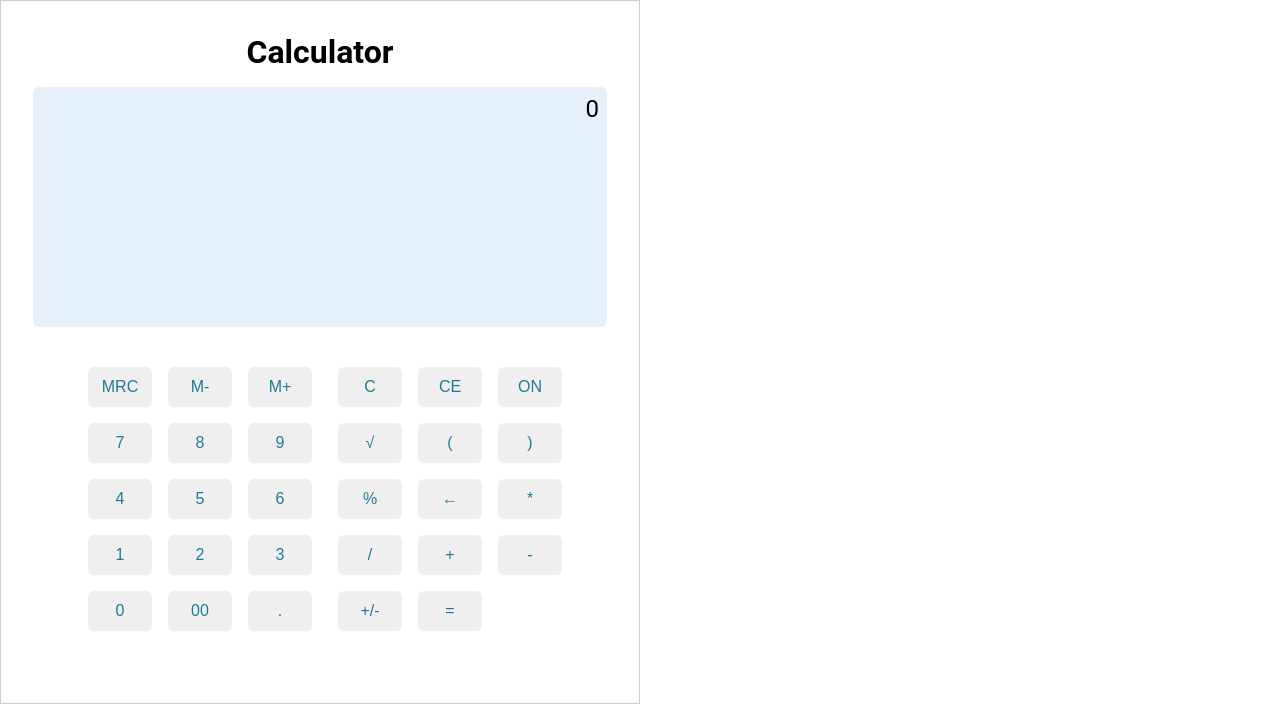
Repository: Denis793/CalculatorNew
Page: index.html
The author's editor kept a copy of each file at every save. The page is drawn from the files as they stood at one save, then again after the next save.
The browser window is 1280 px wide. The pictures show the whole page.
The style sheet was rebuilt from its Sass, Less or Tailwind sources for each picture, by a compiler version that may differ from the author's.

Above is the page before, as saved 2025-05-17 14:32:43.

After the next save:
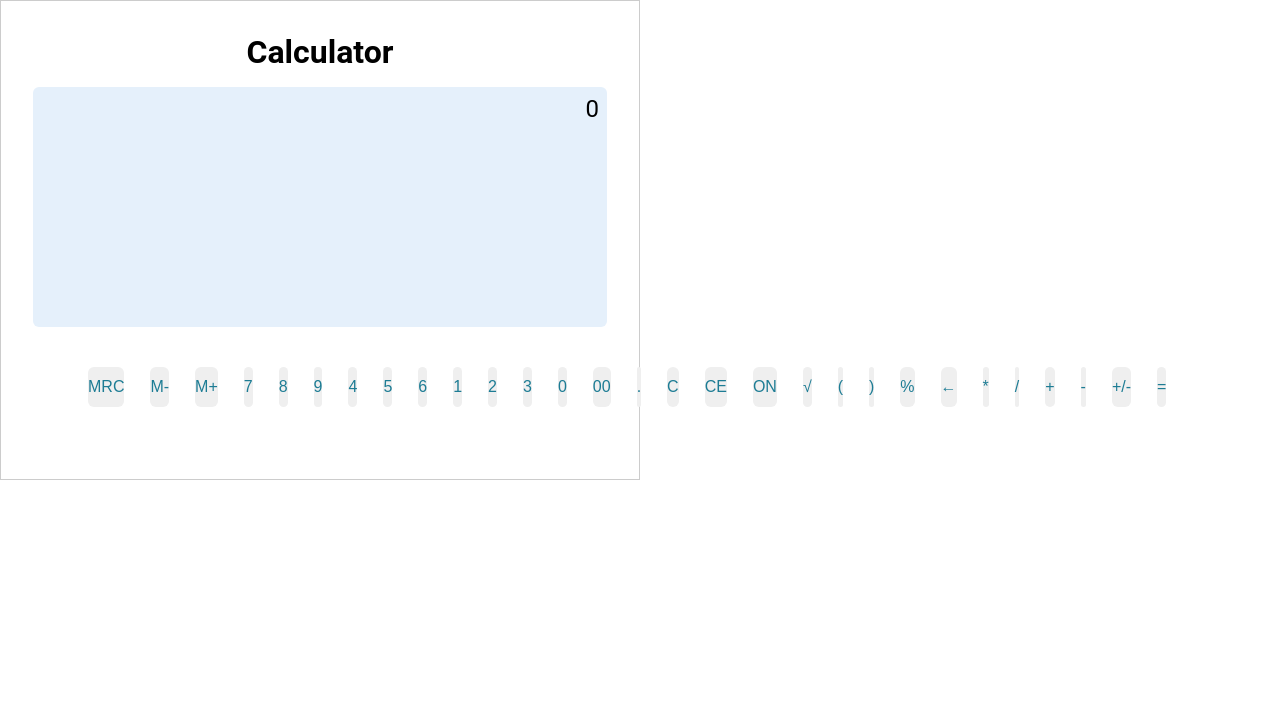
Saved 5 min 7 s later.
--- a/index.html
+++ b/index.html
@@ -17,53 +17,41 @@
       </div>
 
       <div class="keypad">
-        <div class="leftSection">
-          <div class="memoryButton buttonSection">
-            <button class="button">MRC</button>
-            <button class="button">M-</button>
-            <button class="button">M+</button>
-          </div>
+        <button class="button">MRC</button>
+        <button class="button">M-</button>
+        <button class="button">M+</button>
 
-          <div class="numbersButtons buttonSection">
-            <button class="button">7</button>
-            <button class="button">8</button>
-            <button class="button">9</button>
+        <button class="button">7</button>
+        <button class="button">8</button>
+        <button class="button">9</button>
 
-            <button class="button">4</button>
-            <button class="button">5</button>
-            <button class="button">6</button>
+        <button class="button">4</button>
+        <button class="button">5</button>
+        <button class="button">6</button>
 
-            <button class="button">1</button>
-            <button class="button">2</button>
-            <button class="button">3</button>
+        <button class="button">1</button>
+        <button class="button">2</button>
+        <button class="button">3</button>
 
-            <button class="button">0</button>
-            <button class="button">00</button>
-            <button class="button">.</button>
-          </div>
-        </div>
+        <button class="button">0</button>
+        <button class="button">00</button>
+        <button class="button">.</button>
 
-        <div class="rightSection">
-          <div class="clearButtons buttonSection">
-            <button class="button ac">C</button>
-            <button class="button">CE</button>
-            <button class="button">ON</button>
-          </div>
+        <button class="button ac">C</button>
+        <button class="button">CE</button>
+        <button class="button">ON</button>
 
-          <div class="functionalButton buttonSection">
-            <button class="button">√</button>
-            <button class="button">(</button>
-            <button class="button">)</button>
-            <button class="button">%</button>
-            <button class="button">←</button>
-            <button class="button">*</button>
-            <button class="button">/</button>
-            <button class="button">+</button>
-            <button class="button">-</button>
-            <button class="button">+/-</button>
-            <button class="button">=</button>
-          </div>
-        </div>
+        <button class="button">√</button>
+        <button class="button">(</button>
+        <button class="button">)</button>
+        <button class="button">%</button>
+        <button class="button">←</button>
+        <button class="button">*</button>
+        <button class="button">/</button>
+        <button class="button">+</button>
+        <button class="button">-</button>
+        <button class="button">+/-</button>
+        <button class="button">=</button>
       </div>
     </div>
     <script src="./app/js/main.js" type="module"></script>

After the 6 saves that followed:
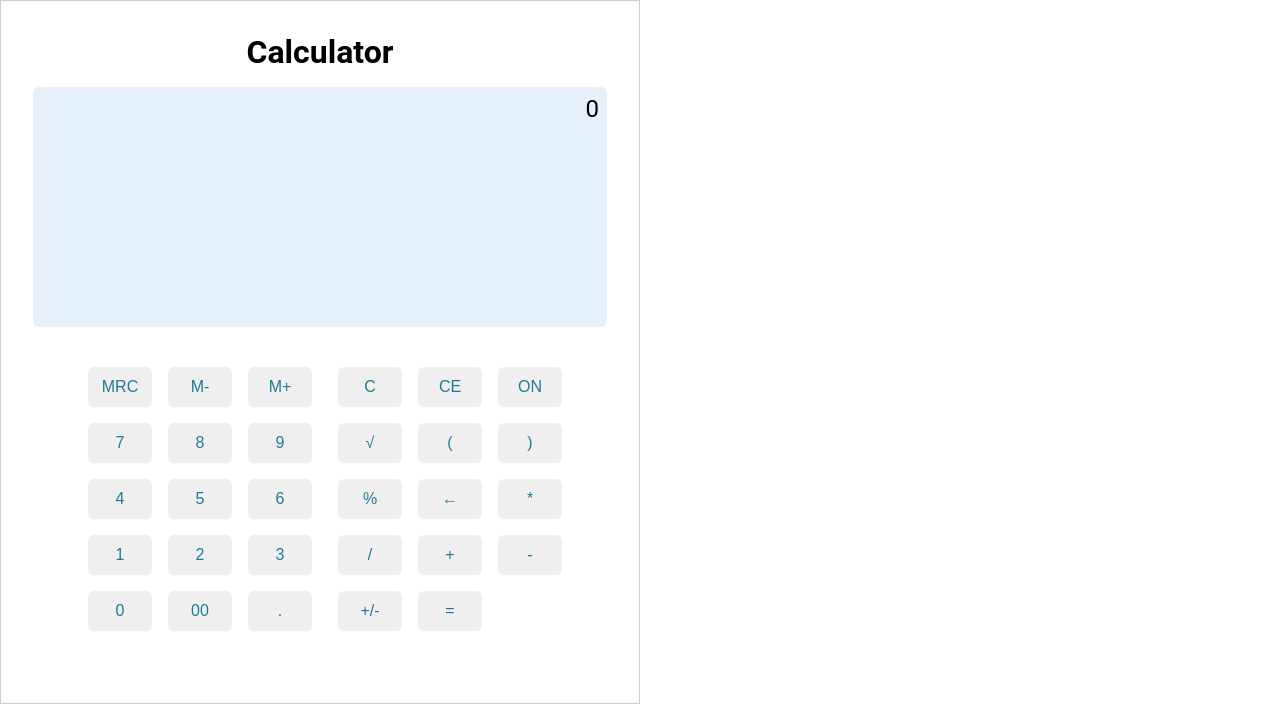
The 6 saves are shown as one change because 5 left the picture as it was.
The last was saved 4 min 51 s later.
--- a/index.html
+++ b/index.html
@@ -17,41 +17,53 @@
       </div>
 
       <div class="keypad">
-        <button class="button">MRC</button>
-        <button class="button">M-</button>
-        <button class="button">M+</button>
+        <div class="leftSection">
+          <div class="memoryButton buttonSection">
+            <button class="button">MRC</button>
+            <button class="button">M-</button>
+            <button class="button">M+</button>
+          </div>
 
-        <button class="button">7</button>
-        <button class="button">8</button>
-        <button class="button">9</button>
+          <div class="numbersButtons buttonSection">
+            <button class="button">7</button>
+            <button class="button">8</button>
+            <button class="button">9</button>
 
-        <button class="button">4</button>
-        <button class="button">5</button>
-        <button class="button">6</button>
+            <button class="button">4</button>
+            <button class="button">5</button>
+            <button class="button">6</button>
 
-        <button class="button">1</button>
-        <button class="button">2</button>
-        <button class="button">3</button>
+            <button class="button">1</button>
+            <button class="button">2</button>
+            <button class="button">3</button>
 
-        <button class="button">0</button>
-        <button class="button">00</button>
-        <button class="button">.</button>
+            <button class="button">0</button>
+            <button class="button">00</button>
+            <button class="button">.</button>
+          </div>
+        </div>
 
-        <button class="button ac">C</button>
-        <button class="button">CE</button>
-        <button class="button">ON</button>
+        <div class="rightSection">
+          <div class="clearButtons buttonSection">
+            <button class="button ac">C</button>
+            <button class="button">CE</button>
+            <button class="button">ON</button>
+          </div>
 
-        <button class="button">√</button>
-        <button class="button">(</button>
-        <button class="button">)</button>
-        <button class="button">%</button>
-        <button class="button">←</button>
-        <button class="button">*</button>
-        <button class="button">/</button>
-        <button class="button">+</button>
-        <button class="button">-</button>
-        <button class="button">+/-</button>
-        <button class="button">=</button>
+          <div class="functionalButton buttonSection">
+            <button class="button">√</button>
+            <button class="button">(</button>
+            <button class="button">)</button>
+            <button class="button">%</button>
+            <button class="button">←</button>
+            <button class="button">*</button>
+            <button class="button">/</button>
+            <button class="button">+</button>
+            <button class="button">-</button>
+            <button class="button">+/-</button>
+            <button class="button">=</button>
+          </div>
+        </div>
       </div>
     </div>
     <script src="./app/js/main.js" type="module"></script>
--- a/app/js/power.js
+++ b/app/js/power.js
@@ -12,6 +12,8 @@ export function powerOnCalculator() {
   state.powerTimeout = setTimeout(() => {
     powerOffCalculator();
   }, 15 * 60 * 1000);
+
+  console.log('Calculator увімкнено');
 }
 
 export function powerOffCalculator() {
--- a/app/js/inputHandler.js
+++ b/app/js/inputHandler.js
@@ -17,4 +17,6 @@ export function handleInput(key) {
   state.expression += key;
   state.displayCurr.textContent = formatExpression(state.expression);
   return true;
+
+  console.log('handleInput викликано з ключем:', key);
 }
